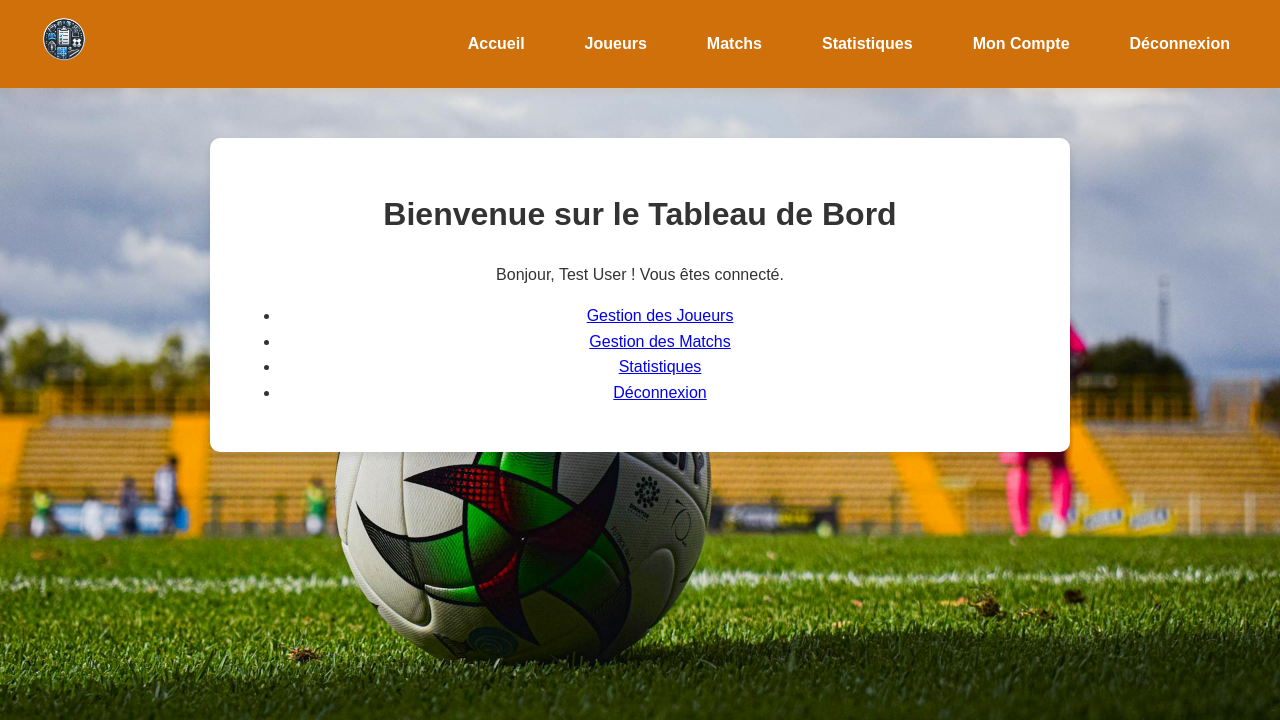
Repository: iisloomx/R401_MiniProjet
Page: http://localhost/views/dashboard.php
The author's editor kept a copy of each file at every save. The page is drawn from the files as they stood at one save, then again after the next save.
The browser window is 1280 px wide. The pictures show the whole page.
The page is run by PHP 8.4 with error messages shown; the project is at /var/www/html/. The session is filled in as if someone had signed in: {"id_utilisateur": 1, "utilisateur": "Test User"}. Other server files are loaded and not shown.

Above is the page before, as saved 2025-01-19 04:23:05.

### views/dashboard.php
<?php
session_start(); // Démarrez la session au début du fichier

if (!isset($_SESSION['utilisateur'])) {
    header("Location: connexion.php");
    exit();
}

include 'header.php';
?>

<!DOCTYPE html>
<html lang="fr">

<head>
    <meta charset="UTF-8">
    <title>Tableau de Bord</title>
    <link rel="stylesheet" href="css/style.css">
</head>

<body>
    <div class="table-container">
        <div class="dashboard-container">
            <h1>Bienvenue sur le Tableau de Bord</h1>
            <?php if (isset($_SESSION['utilisateur'])) : ?>
                <p>Bonjour, <?= htmlspecialchars($_SESSION['utilisateur']); ?> ! Vous êtes connecté.</p>
            <?php else : ?>
                <p>Erreur : Utilisateur non connecté.</p>
            <?php endif; ?>

            <nav>
                <ul>
                    <li><a href="../controllers/JoueursController.php?action=liste">Gestion des Joueurs</a></li>
                    <li><a href="../controllers/MatchsController.php?action=liste">Gestion des Matchs</a></li>
                    <li><a href="../controllers/StatistiquesController.php?action=index">Statistiques</a></li> <!-- Nouveau bouton -->
                    <li><a href="../controllers/DeconnexionController.php" class="deconnexion">Déconnexion</a></li>
                </ul>
            </nav>
        </div>
    </div>
</body>

</html>

<?php include 'footer.php'; ?>

### views/header.php
<!DOCTYPE html>
<html lang="fr">
<head>
    <meta charset="UTF-8">
    <title>Tableau de Bord</title>
    <link rel="stylesheet" href="/MiniprojetR3.01/views/css/style.css">

</head>
<body>
    <header class="main-header">
        <div class="logo">
            <a href="/MiniprojetR3.01/views/dashboard.php"><img src="../img/logo.PNG" alt="Logo" /></a>
        </div>

        <nav class="nav-links">
            <a href="/MiniprojetR3.01/views/dashboard.php">Accueil</a>
            <?php if (isset($_SESSION['utilisateur'])) : ?>

                    <a href="../controllers/JoueursController.php?action=liste">Joueurs</a>
                    <a href="../controllers/MatchsController.php?action=liste  ">Matchs</a>
                    <a href="../controllers/StatistiquesController.php?action=index">Statistiques</a>

                <a href="/MiniprojetR3.01/views/mon_compte.php" class="btn-account">Mon Compte</a>
                <a href="/MiniprojetR3.01/controllers/DeconnexionController.php" class="btn-logout">Déconnexion</a>
            <?php endif; ?>
        </nav>
    </header>
</body>
</html>

### views/css/style.css
/* Global Styles */
body {
    background: url('../img/BGROUND.jpg') no-repeat center center fixed;
    background-size: cover;
    font-family: Arial, sans-serif;
    margin: 0;
    padding: 0;
    line-height: 1.6;
    color: #333;
}

/* Header Styles */
.main-header {
    display: flex;
    align-items: center;
    justify-content: space-between;
    background-color: #cf700b;
    padding: 15px 30px;
    color: #fff;
    box-shadow: 0 4px 8px rgba(216, 117, 12, 0.1);
    position: sticky;
    top: 0;
    z-index: 1000;
}

.dropdown {
    position: relative;
    display: inline-block;
}

.dropdown-content {
    display: none;
    position: absolute;
    background-color: #f9f9f9;
    min-width: 160px;
    box-shadow: 0px 8px 16px 0px rgba(0,0,0,0.2);
    z-index: 1;
}

.dropdown-content a {
    color: black;
    padding: 12px 16px;
    text-decoration: none;
    display: block;
}



.logo img {
    height: 50px;
}

.nav-links {
    display: flex;
    align-items: center;
}

.nav-links a {
    color: #fff;
    text-decoration: none;
    font-weight: bold;
    margin-left: 20px;
    padding: 10px 20px;
    border-radius: 5px;
    transition: background-color 0.3s ease, color 0.3s ease, transform 0.2s ease;
}

.nav-links a:hover {
    background-color: #f4a261;
    color: #333;
    transform: scale(1.05);
}

.table-container {
    max-width: 800px;
    margin: 50px auto;
    background-color: #fff;
    padding: 30px;
    border-radius: 10px;
    box-shadow: 0 4px 8px rgba(0,0,0,0.1);
    text-align: center;
}

/* Container Styles */
.container {
    max-width: 800px;
    margin: 50px auto;
    padding: 30px;
    background-color: #fff;
    border-radius: 10px;
    box-shadow: 0 4px 8px rgba(0, 0, 0, 0.1);
    text-align: center;
}

/* Page Titles */
.container h1 {
    font-size: 32px;
    color: #333;
    margin-bottom: 20px;
}

/* --- AJOUT : Style du bouton "Ajouter un Match" --- */
.btn-add-match {
    display: inline-block;
    background-color: #4CAF50;
    color: #fff;
    font-weight: bold;
    text-decoration: none;
    padding: 10px 20px;
    border-radius: 5px;
    margin: 0 auto 20px auto;
    transition: background-color 0.3s ease, transform 0.2s ease;
}

.btn-add-match:hover {
    background-color: #45a049;
    transform: scale(1.05);
}

/* Pour forcer la couleur même si lien "visité" */
.btn-add-match:visited {
    color: #fff;
}

/* Forms */
form {
    width: 100%;
    max-width: 500px;
    margin: 0 auto;
    text-align: left;
}

form label {
    font-size: 16px;
    font-weight: bold;
    color: #555;
    display: block;
    margin-bottom: 5px;
}

form input[type="text"],
form input[type="number"],
form input[type="date"],
form input[type="password"],
form select {
    width: 100%;
    padding: 10px;
    margin-bottom: 20px;
    border: 1px solid #ccc;
    border-radius: 5px;
    font-size: 16px;
    transition: border-color 0.3s ease, box-shadow 0.3s ease;
}

form input[type="text"]:focus,
form input[type="number"]:focus,
form input[type="date"]:focus,
form input[type="password"]:focus {
    border-color: #4CAF50;
    box-shadow: 0 0 8px rgba(76, 175, 80, 0.5);
    outline: none;
}

form button {
    width: 100%;
    padding: 15px;
    background-color: #4CAF50;
    border: none;
    border-radius: 5px;
    color: white;
    font-size: 18px;
    font-weight: bold;
    cursor: pointer;
    transition: background-color 0.3s ease, transform 0.2s ease;
}

form button:hover {
    background-color: #45a049;
    transform: scale(1.05);
}


/* Table Styles */
.styled-table {
    width: 100%;
    border-collapse: collapse;
    margin-top: 20px;
    font-size: 16px;
    text-align: left; /* Changed from center to left */
    table-layout: fixed; /* Added to fix table layout */
}

.styled-table th,
.styled-table td {
    padding: 15px;
    border: 1px solid #ddd;
    word-wrap: break-word;
    white-space: normal;
}

.styled-table th {
    background-color: #f4a261;
    color: white;
    font-weight: bold;
}

.styled-table tr:nth-child(even) {
    background-color: #f9f9f9;
}

.styled-table tr:hover {
    background-color: #f1f1f1;
}

/* Links in Table */
.styled-table a {
    text-decoration: none;
    font-weight: bold;
    color: #fff;
    padding: 5px 10px;
    border-radius: 5px;
    transition: background-color 0.3s ease, color 0.3s ease, transform 0.2s ease;
}

.styled-table a:hover {
    background-color: #4CAF50;
    color: white;
    transform: scale(1.05);
}

/* Buttons for Add/Edit/Delete */
.btn {
    display: inline-block;
    padding: 10px 20px;
    font-size: 16px;
    font-weight: bold;
    color: white;
    text-decoration: none;
    border-radius: 5px;
    margin: 10px 5px;
    transition: background-color 0.3s ease, transform 0.2s ease;
}

.btn:hover {
    transform: scale(1.05);
}

.btn-add {
    background-color: #4CAF50; /* Green */
}

.btn-add:hover {
    background-color: #45a049;
}

.btn-add-commentaire {
    background-color: #4CAF50; /* Green */
}

.btn-add-commentaire:hover {
    background-color: #45a049;
}

.btn-add-joueur {
    background-color: #4CAF50; /* Green */
}

.btn-add-joueur:hover {
    background-color: #45a049;

.btn-feuille {
    background-color: #d6d65b; /* Green */
}

.btn-feuille:hover {
    background-color: #b2b24e; /* Green */
}

.btn-edit {
    background-color: #3498db; /* Blue */
}

.btn-edit:hover {
    background-color: #2980b9;
}

.btn-delete {
    background-color: #e74c3c; /* Red */
}

.btn-delete:hover {
    background-color: #c0392b;
}

.btn-back {
    background-color: #9b59b6; /* Purple */
}

.btn-back:hover {
    background-color: #8e44ad;
}


/* Footer Styles */
.main-footer {
    display: flex;
    align-items: center;
    justify-content: center;
    background-color: #cf700b;
    padding: 15px 30px;
    color: #fff;
    height: 60px;
    margin-top: 50px;
}

/* Footer Links */
.footer-links a {
    color: #fff;
    text-decoration: none;
    font-weight: bold;
}

.footer-links a:hover {
    text-decoration: underline;
}

/* Form Error Message */
.error-message {
    color: red;
    font-size: 16px;
    margin-bottom: 15px;
    text-align: center;
}

/* Responsive Styles */
@media (max-width: 600px) {
    .container {
        width: 90%;
        margin: 20px auto;
        padding: 20px;
    }

    .styled-table {
        font-size: 14px;
    }

    form input,
    form button {
        font-size: 14px;
    }
}

/* Link to Create Account */
.create-account-link {
    color: #4CAF50;
    font-weight: bold;
    text-decoration: none;
    margin-top: 20px;
    display: inline-block;
    transition: color 0.3s ease, transform 0.2s ease;
}

.create-account-link:hover {
    color: #45a049;
    text-decoration: underline;
    transform: scale(1.05);
}

.create-account-container {
    text-align: center;
    margin-top: 20px;
    font-size: 16px;
    color: #333;
}

.form-container h2 {
    font-size: 28px;
    margin-bottom: 20px;
    color: #333;
    text-align: center;
}

/* Dashboard Container */
.dashboard-container {
    text-align: center;
    margin-top: 50px;
    padding: 30px;
    background-color: #fff;
    border-radius: 10px;
    box-shadow: 0 4px 8px rgba(0, 0, 0, 0.1);
    max-width: 600px;
    margin-left: auto;
    margin-right: auto;
}

/* Dashboard Title */
.dashboard-container h1 {
    font-size: 32px;
    color: #333;
    margin-bottom: 20px;
}

/* Dashboard Paragraph */
.dashboard-container p {
    font-size: 18px;
    color: #555;
    margin-bottom: 30px;
}

/* Navigation Links */
.dashboard-container nav ul {
    list-style: none;
    padding: 0;
    margin: 0;
}

.dashboard-container nav ul li {
    margin: 10px 0;
}

.dashboard-container nav ul li a {
    display: inline-block;
    font-size: 18px;
    font-weight: bold;
    text-decoration: none;
    color: #fff;
    background-color: #4CAF50;
    padding: 10px 20px;
    border-radius: 5px;
    transition: background-color 0.3s ease, transform 0.2s ease;
}

.dashboard-container nav ul li a:hover {
    background-color: #45a049;
    transform: scale(1.05);
}

/* Déconnexion Button */
.dashboard-container nav ul li a.deconnexion {
    background-color: #e74c3c;
}

.dashboard-container nav ul li a.deconnexion:hover {
    background-color: #c0392b;
}

/* Styles pour les boutons radio et leurs labels */
.radio-group {
    display: flex;
    flex-wrap: wrap;
    gap: 10px;
    margin-top: 10px;
}

.radio-group label {
    display: inline-flex;
    align-items: center;
    font-size: 16px;
    color: #555;
    cursor: pointer;
    margin-right: 15px;
}

.radio-group input[type="radio"] {
    margin-right: 5px;
    cursor: pointer;
    width: 16px;
    height: 16px;
    vertical-align: middle;
}

.error-message {
    color: red;
    font-size: 14px;
    margin-top: 10px;
}

.success-message {
    color: green;
    font-size: 14px;
    margin-top: 10px;
}

.no-data {
    color: #555;
    font-size: 16px;
    margin-top: 20px;
}

}

Loaded but not shown: views/footer.php (common file)

After the next save:
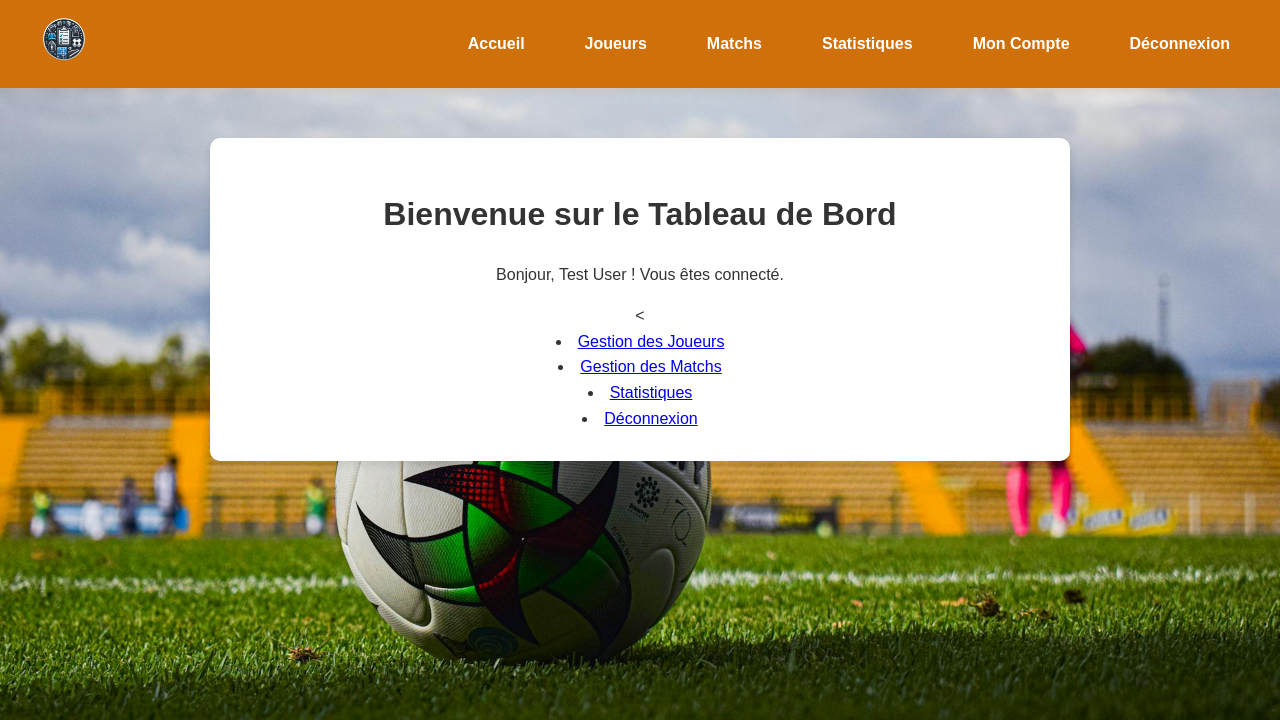
Saved 26 s later.
--- a/views/dashboard.php
+++ b/views/dashboard.php
@@ -29,7 +29,7 @@
             <?php endif; ?>
 
             <nav>
-                <ul>
+                <
                     <li><a href="../controllers/JoueursController.php?action=liste">Gestion des Joueurs</a></li>
                     <li><a href="../controllers/MatchsController.php?action=liste">Gestion des Matchs</a></li>
                     <li><a href="../controllers/StatistiquesController.php?action=index">Statistiques</a></li> <!-- Nouveau bouton -->
